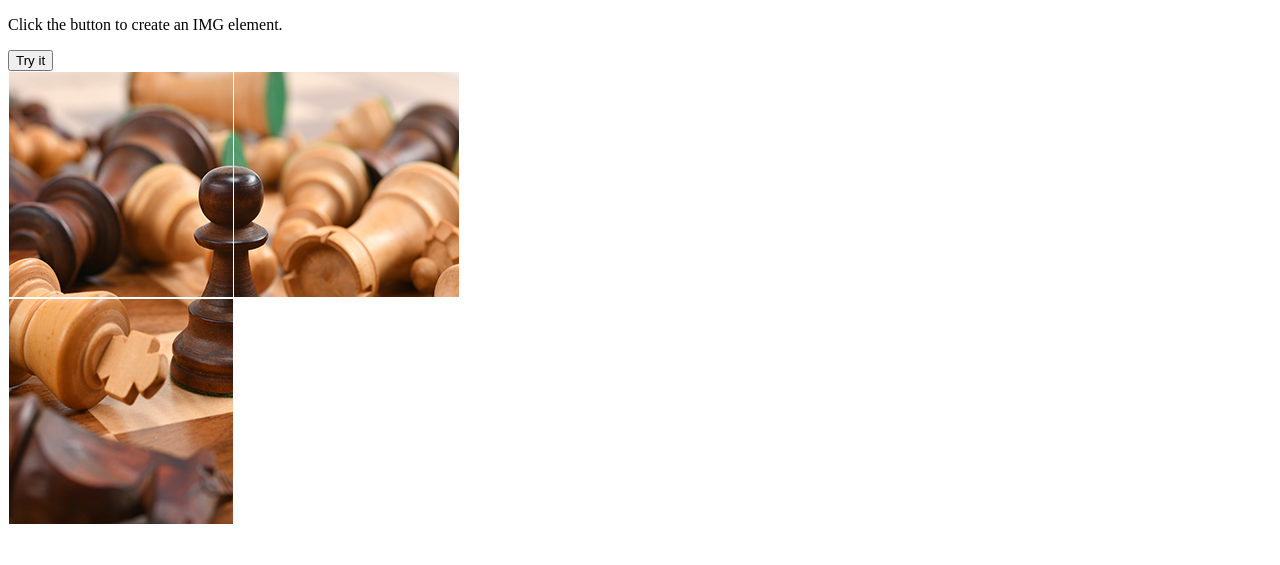
Repository: rashmikagamage/puzzle-vanila-js
Page: index.html
An editor plug-in stored every save of this project. The page is shown before and after a run of saves, followed by the edit.
The browser window is 1280 px wide. The pictures show the whole page.

Above is the page before, as saved 2020-08-06 10:04:19.

### index.html
<!DOCTYPE html>
<html>

<head>
    <link rel="stylesheet" type="text/css" href="./style.css">
</head>

<body>

    <p>Click the button to create an IMG element.</p>

    <button onclick="myFunction(5)">Try it</button>
    <div class="gridContainer" id="imgContainer"></div>
    <script src="./function.js">
    </script>

</body>

</html>

### style.css
.gridContainer {
    display: grid;
}

### function.js
let cells = [];
let cellsCopy = []
let dragElement;
let moves = 0;
let num;

function myFunction(num) {
    for (let i = 1; i < num * num; i++) {
        cells.push(i);
    }
    cells.push(0);
    cellsCopy = [...cells];
    let cellSize = 450 / num + "px";
    let diff = 100 / num;
    let grid = "";
    let row = num;
    let col = num;
    let idCount = 1;

    for (let i = 0; i < num; i++) {
        grid = grid + cellSize + " ";
    }

    document.getElementById("imgContainer").style.gridTemplateColumns = grid;
    let yPosition = 0;
    for (let i = 0; i < row; i++) {

        let xPosition = 0;
        for (let j = 0; j < col; j++) {

            var x = document.createElement("div");
            x.style.width = cellSize;
            x.style.height = cellSize;
            x.style.border = "solid white 1px"

            console.log(idCount)
            if (idCount == (num * num)) {
                x.setAttribute("id", "img" + 0);
                x.style.backgroundColor = "white";
            } else {
                x.setAttribute("id", "img" + idCount);
                x.style.backgroundImage = "url('./chess.jpg')"

            }
            x.style.backgroundPosition = xPosition + "% " + yPosition + "%";
            x.draggable = "true";
            x.addEventListener("dragstart", () => drag(event))
            x.addEventListener("dragover", () => allowDrop(event))
            x.addEventListener("drop", () => move(event))
            document.getElementById("imgContainer").appendChild(x);
            xPosition = xPosition + (100 / (num - 1));
            idCount++;
        }
        yPosition = yPosition + (100 / (num - 1));
    }
}

function build() {
    var flag = true;
    for (let i = 0; i < 9; i++) {
        cell = "i" + i;
        document.getElementById(cell).src = './puzzle-imgs/' + cells[i] + '.jpg';
    }

    //if array equals to starting array user wins
    for (let i = 0; i < cellsCopy.length; i++) {
        if (cells[i] != cellsCopy[i]) {
            flag = false;
            break;
        }
    }
    if (flag == true && moves > 0) {
        won();
    }
}


function allowDrop(ev) {
    ev.preventDefault();
}

function drag(ev) {
    ev.dataTransfer.setData("contain", ev.target.id);
    console.log(ev.target.id.substring(3))
    dragElement = parseInt(event.target.id.substring(3));
}

function move(ev) {

    dropElement = parseInt(event.target.id.substring(3));
    console.log(dropElement)
    let flag = false;

    //handling right moves
    if (dragElement % num < (num) && cells[dropElement] == 0) {
        if (cells[dragElement + 1] == 0) {
            temp = cells[dragElement];
            cells[dragElement] = 0;
            cells[dropElement] = temp;
            flag = true;
            moves++;
            build();
        }
    }

    //handling down moves
    if (dragElement < ((num * num) - num) && cells[dropElement] == 0) {
        if (cells[dragElement + num] == 0) {
            temp = cells[dragElement];
            cells[dragElement] = 0;
            cells[dropElement] = temp;
            flag = true;
            moves++;
            build();
        }
    }

    //handling up moves
    if (dragElement < (num * num) && dragElement > num && cells[dropElement] == 0) {
        if (cells[dragElement - 3] == 0) {
            temp = cells[dragElement];
            cells[dragElement] = 0;
            cells[dropElement] = temp;
            flag = true;
            moves++;
            build();
        }
    }

    //handling left moves
    if (dragElement % num > 1 && cells[dropElement] == 0) {
        if (cells[dragElement - 1] == 0) {
            temp = cells[dragElement];
            cells[dragElement] = 0;
            cells[dropElement] = temp;
            moves++;
            flag = true;
            build();
        }
    }
    if (flag == false) {
        alert("Can not be Moved");
    }
}

function build() {
    var flag = true;
    for (let i = 0; i < 9; i++) {

    }

    //if array equals to starting array user wins
    for (let i = 0; i < cellsCopy.length; i++) {
        if (cells[i] != cellsCopy[i]) {
            flag = false;
            break;
        }
    }
    if (flag == true && moves > 0) {
        won();
    }
}
myFunction(2);

After the next 2 saves:
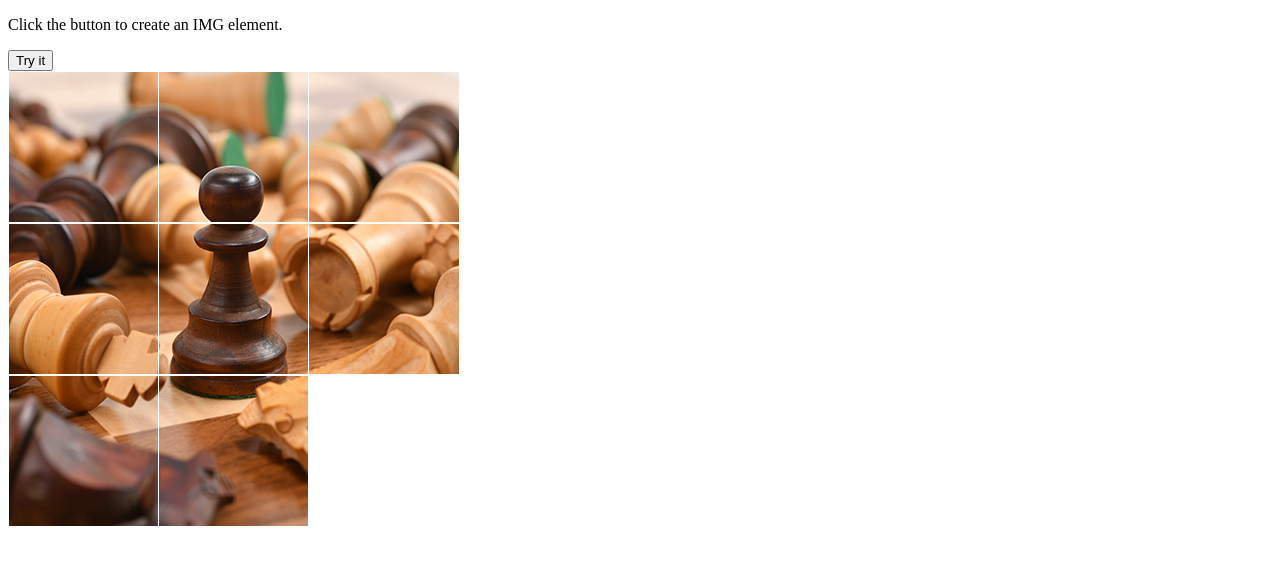
The 2 saves are shown as one change because they came seconds apart.
The last was saved 35 s later.
--- a/function.js
+++ b/function.js
@@ -160,4 +160,4 @@
         won();
     }
 }
-myFunction(2);
+myFunction(3);
